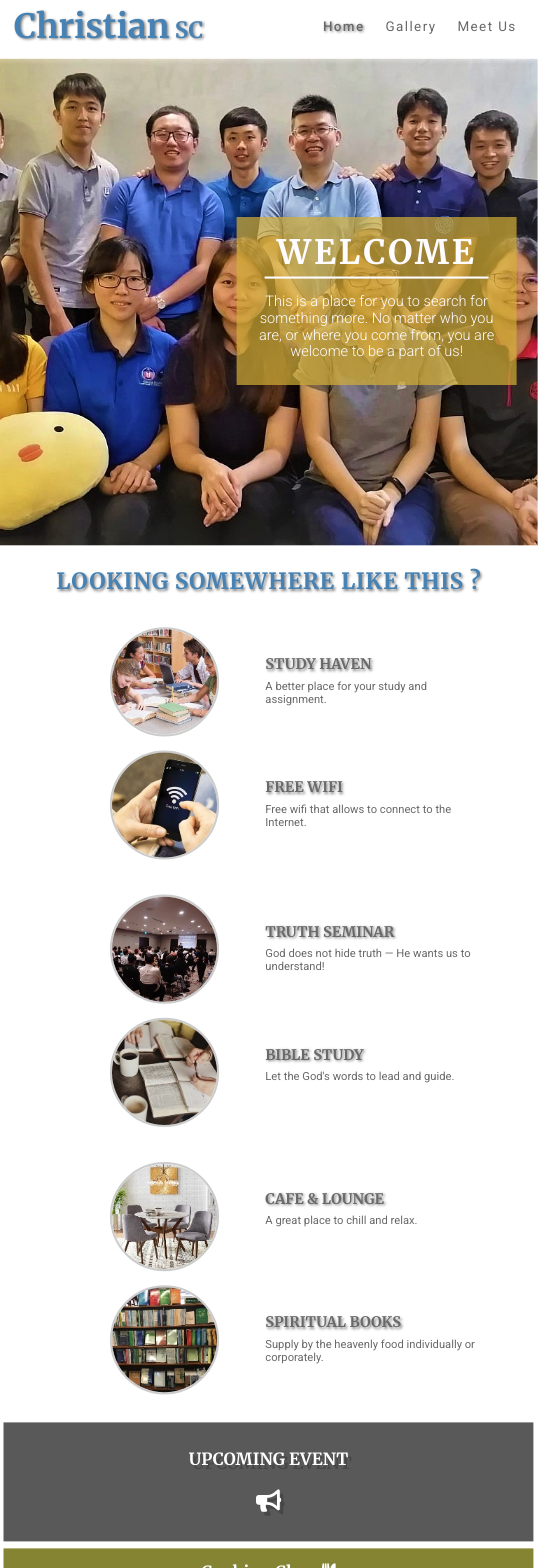
Repository: kongteckmee/christian-sc
Page: index.html
The author's editor kept a record of every edit. The page is drawn from the files as they stood at one moment, then again after the next edit.
The browser window is 768 px wide. The pictures show the part of the page from y = 0 to 2240 px (the page is 2968 px tall), at 70% of full size.
Some web libraries are served in a nearby version.

Above is the page before.

### index.html
<!DOCTYPE html>
<html lang="en">

<head>
    <meta charset="UTF-8">
    <meta name="viewport" content="width=device-width, initial-scale=1.0">
    <meta http-equiv="X-UA-Compatible" content="ie=edge">
    <link rel="stylesheet" href="https://use.fontawesome.com/releases/v5.1.1/css/all.css" integrity="sha384-O8whS3fhG2OnA5Kas0Y9l3cfpmYjapjI0E4theH4iuMD+pLhbf6JI0jIMfYcK3yZ" crossorigin="anonymous">
    <link rel="stylesheet" href="assets/css/style.css" type="text/css" />
    <title>Christian Student Center</title>
</head>

<body>
    <header>
        <a id="logo" href="index.html">
            <h2><span style="font-size: 150%">Christian</span> SC</h2>
        </a>
        <nav>
            <ul id="scmenu">
                <li>
                    <a href="meet.html">Meet Us</a>
                </li>
                <li>
                    <a href="gallery.html">Gallery</a>
                </li>
                <li>
                    <a class="scactive" href="index.html">Home</a>
                </li>
            </ul>
        </nav>
    </header>
    <section id="scmeetingrange">
        <div id="welcome-text">
            <h1>Welcome</h1>
            <hr>
            <h3>This is a place for you to search for something more. No matter who you are, or where you come from, you are welcome to be a part of us!</h3>
        </div>
    </section>
    <section id="about">
        <h1>Looking Somewhere Like This ?</h1>
        <div id="left">
            <div class="left-right-side">
                <h2>Study Haven</h2>
                <br>
                <p>A better place for your study and assignment.</p>
            </div>
            <div class="container">
                <div id="contain-study"></div>
            </div>
            <div class="left-right-side">
                <h2>Free Wifi</h2>
                <br>
                <p>Free wifi that allows to connect to the Internet.</p>
            </div>
            <div class="container">
                <div id="contain-wifi"></div>
            </div>
        </div>
        <div id="right">
            <div class="left-right-side">
                <h2>Truth Seminar</h2>
                <br>
                <p>God does not hide truth — He wants us to understand!</p>
            </div>
            <div class="container">
                <div id="contain-seminar"></div>
            </div>
            <div class="left-right-side">
                <h2>Bible Study</h2>
                <br>
                <p>Let the God's words to lead and guide.</p>
            </div>
            <div class="container">
                <div id="contain-bible"></div>
            </div>
        </div>
        <div id="center">
            <div class="middle">
                <h2>Cafe & Lounge</h2>
                <br>
                <p>A great place to chill and relax.</p>
            </div>
            <div class="container">
                <div id="contain-cafe"></div>
            </div>
            <div class="middle">
                <h2>Spiritual Books</h2>
                <br>
                <p>Supply by the heavenly food individually or corporately.</p>
            </div>
            <div class="container">
                <div id="contain-books"></div>
            </div>
        </div>
    </section>
    <section id="event">
        <div class="event-black">
            <h2>Upcoming Event</h2>
            <i class="fas fa-bullhorn"></i>
        </div>
        <div class="event-green">
            <h2>Cooking Class <i class="fas fa-utensils"></i></h2>
            <hr>
            <h3><i class="far fa-calendar-alt"></i> 7 December</h3>
            <h3><i class="far fa-clock"></i> 10:00</h3>
            <h3><i class="far fa-hourglass"></i> Saturday</h3>
        </div>
        <div class="event-grey">
            <h2>Truth Seminar <i class="fas fa-chalkboard-teacher"></i></h2>
            <hr>
            <h3><i class="far fa-calendar-alt"></i> 13 December</h3>
            <h3><i class="far fa-clock"></i> 20:00</h3>
            <h3><i class="far fa-hourglass"></i> Friday</h3>
        </div>
        <div class="event-green">
            <h2>Soft Skill <i class="fas fa-lightbulb"></i></h2>
            <hr>
            <h3><i class="far fa-calendar-alt"></i> 19 December</h3>
            <h3><i class="far fa-clock"></i> 16:30</h3>
            <h3><i class="far fa-hourglass"></i> Thursday</h3>
        </div>
        <div class="event-grey">
            <h2>Guitar Class <i class="fas fa-music"></i></h2>
            <hr>
            <h3><i class="far fa-calendar-alt"></i> 28 December</h3>
            <h3><i class="far fa-clock"></i> 14:00</h3>
            <h3><i class="far fa-hourglass"></i> Saturday</h3>
        </div>
    </section>
    <footer>
        <div id="footer-copyright">
            <p>Copyright © 2019 Christian Student Center. All Rights Reserved.</p>
        </div>
    </footer>
</body>

</html>

### assets/css/style.css
@import url('https://fonts.googleapis.com/css?family=Merriweather:500,600,700|Roboto:300,400,500');

* {
    margin: 0;
    padding: 0;
    border: 0;
}

body {
    font-family: 'Roboto', sans-serif;
    color: #696969; /*Grey color */
}

/* ------------------------------------------------------ Header */

header {
    line-height: 75px;
}

#logo {
    float: left;
    margin-left: 20px;
    text-decoration: none;
}

#logo h2 {
    font-family: 'Merriweather', serif;
    font-size: 200%;
    color: #4682b4; /* Steel Blue color */
    text-shadow: 2px 2px 4px #808080;
}

#scmenu {
    font-size: 120%;
    list-style-type: none;
    letter-spacing: 2px;
}

#scmenu li {
    float: right;
    margin-right: 30px;
}

#scmenu a {
    text-decoration: none;
    color: inherit;
}

#scmenu a:hover {
    color: #4682b4; /* Steel Blue color */
    font-weight: 500;
    text-shadow: 2px 2px 4px #808080;
}

.scactive {
    font-weight: 500;
    text-shadow: 2px 2px 4px #808080;
}

/* ------------------------------------------------------ Home-Section: Welcome */

#scmeetingrange {
    height: 700px;
    width: 100%;
    background: url("../img/home/meeting-t.jpg") no-repeat center center;
    overflow: hidden;
}

#welcome-text {
    width: 400px;
    height: 220px;
    padding-top:20px;
    bottom: 15px; /* Fixed the welcome text box-bottom */
    right: 15px; /* Fixed the welcome text box-right */
    background-color: rgba(212,175,55,.7);
    color: #fefcff; /* Milky white */
    position: absolute;
    text-align: center;
}

#welcome-text h1 {
    margin-bottom: 5px;
    font-size: 300%;
    font-family: 'Merriweather', serif;
    text-transform: uppercase;
    letter-spacing: 4px;
}

hr {
    width: 80%;
    height: 3px;
    margin-left: auto;
    margin-right: auto;
    background-color:#fefcff; /* Milky white */
}

#welcome-text h3 {
    margin: 20px;
    font-size: 130%;
    font-weight: 300;
}

/* ------------------------------------------------------ Home-Section: About */

#about {
    height: 500px;
}

#about h1, #about h2 {
    font-family: 'Merriweather', serif;
    text-transform: uppercase;
    text-shadow: 2px 2px 4px #808080;
}

#about h1 {
    margin-top: 30px;
    margin-bottom: 30px;
    color: #4682b4; /* Steel Blue color */
    text-align: center;
    font-size: 200%;
    letter-spacing: 1px;
}

#about h2 {
    font-size: 130%;
}

#left, #right {
    margin-right: 30px;
    padding-top: 30px;
    width: 30%;
}

#left {
    float: left;
}

#right {
    float: right;
}

#center {
    padding-top: 30px;
    width: 33%;
    margin: 0 auto; /* center the div */
}

br {
    display: block;
    content: "";
    margin: 2em;
    font-size: 24%; /* spacing */
}

.left-right-side, .middle {
    width: 50%;
    float: right;
    padding-top: 40px;
}

.left-right-side {
    clear: both;
    margin-left: 20px;
    margin-bottom: 50px;
}

.middle {
    margin-right: 20px;
}

.container {
    width: 150px;
    height: 150px;
    border: 3px solid #cccccc;
    border-radius: 50%;
    margin-left: 20px;
    margin-bottom: 20px;
}

#contain-study {
    background: url("../img/home/study-group.jpg") no-repeat center center;
    height: 100%;
    border-radius: 50%;
}

#contain-wifi {
    background: url("../img/home/free-wifi.jpg") no-repeat center center;
    height: 100%;
    border-radius: 50%;
}

#contain-seminar {
    background: url("../img/home/truth-seminar.jpg") no-repeat center center;
    height: 100%;
    border-radius: 50%;
}

#contain-bible {
    background: url("../img/home/bible-study.jpg") no-repeat center center;
    height: 100%;
    border-radius: 50%;
}

#contain-cafe {
    background: url("../img/home/cafe.jpg") no-repeat center center;
    height: 100%;
    border-radius: 50%;
}

#contain-books {
    background: url("../img/home/spiritual-book.jpg") no-repeat center center;
    height: 100%;
    border-radius: 50%;
}

/* ------------------------------------------------------ Home-Section: Event */

#event {
    height: 250px;
}

#event div {
    color: #ffebcd;
    width: 19.2%;
    height: 90%;
    float: left;
    padding-top: 30px;
    text-align: center;
    margin: 5px;
}

#event h2 {
    color: #ffffff;
    font-family: 'Merriweather', serif;
    margin-bottom: 20px;
}

#event h3 {
    margin-top: 20px;
    font-weight: 400;
}

.event-black {
    background-color: rgba(48,48,48,.8);
    text-shadow: 5px 5px 0px rgba(0,0,0,0.2);
}

.event-black h2 {
    padding: 30px;
    text-transform: uppercase;
}

.event-black i {
    color: #ffffff;
    font-size: 200%;
}

.event-grey {
    background-color: rgba(105,105,105,.8);
}

.event-green {
    background-color: rgba(102,102,0,.8);
}

/* ------------------------------------------------------ Footer */

footer {
    /*margin-top: 5px;*/
    border-top: 1px solid #fff;
    height: 40px;
    width: 100%;
    background-color: #333333;
    clear: both;
}

footer #footer-copyright {
    color: #fff;
    line-height: 35px;
    font-size: 80%;
    text-align: center;
}

/* ------------------------------------------------------ Gallery */

#scgallery {
    width: 100%;
    clear: both;
    background-color: #e6e2d3;
}

#gallery-text h1, #photo-text h1 {
    margin-bottom: 30px;
    padding-top: 50px;
    font-family: 'Merriweather', serif;
    font-size: 250%;
    text-align: center;
    text-shadow: 2px 2px 4px #808080;
    letter-spacing: 10px;
}

#gallery-text hr, #photo-text hr {
    width: 10%;
    height: 2px;
    margin-bottom: 40px;
    background-color: #808080;
}

#photo-text h3 {
    margin-bottom: 10px;
    font-size: 130%;
    font-weight: 300;
    text-align: center;
}

#video iframe {
    margin: 0 auto;
    display: block;
}

#photo {
    margin-top: 50px;
}

#photo img {
    width: 49%;
    margin-left: 4px;
}

/* ------------------------------------------------------ Meet Us: Location */

#meet {
    height: 650px;
    width: 100%;
    clear: both;
    background: url("../img/meet/desa.jpg") no-repeat center center;
}

#location {
    width: 20%;
    margin: 80px 0 0 150px;
    padding: 30px 30px 30px 30px;
    float: left;
    background-color: rgba(245,245,220,0.6);
    border-radius: 10px;
    color: #000;
    text-align: center;
}

#location h2 {
    font-family: 'Merriweather', serif;
    text-transform: none;
    text-shadow: 2px 2px 4px #808080;
    margin-bottom: 10px;
}

#open {
    padding-top: 30px;
}

#day{
    float: left;
    text-align: right;
    color: #4682b4;
    text-shadow: 2px 2px 4px #fff;
}

#time {
    float: right;
    margin-top: 5px;
    font-weight: 500;
    text-align: left;
    color: #404040;
}

#address, #phone, #follow {
    margin-top: 20px;
}

#address, #follow, #social li {
    clear: both;
    display: inline-block;
}

#contact p, #address p, #phone p {
    font-weight: 500;
    color: #404040;
}

#social i {
    font-size: 30px;
    margin-right: 5px;
    color: #404040;
}

#social i:hover {
    color: #4682b4;
}

/* ------------------------------------------------------ Meet Us: Form */

#form {
    width: 40%;
    margin: 140px 100px 0 0;
    padding: 20px 35px 20px 35px;
    float: right;
    background-color: rgba(60,60,60,0.6);
    border-radius: 10px;
    color: #fafafa;
}

#form p {
    margin-bottom: 20px;
    text-align: center;
}

textarea {
    resize: none;
}

.place-input {
    background-color: rgba(245,245,220,0.6);
    width: 100%;
    height: 25px;
    margin: 2px 0 5px 0;
    border: 3px solid #fafafa;
    border-radius: 5px;
    font-family: 'Roboto', sans-serif;
    font-size: 15px;
}

.place-input:hover {
    border-color: #4682b4;
}

button {
    background-color: #4682b4;
    margin-top: 10px;
    padding: 10px 30px 10px 30px;
    border-radius: 5px;
    color: #fafafa;
    font-size: 100%;
    text-align: center;
    display: block;
    float: right;
}

button:hover {
    background-color: #fafafa;
    color: #4682b4;
}

/* ------------------------------------------------------ Media Queries */

@media (min-width: 768px) and (max-width: 991px) {
    #welcome-text {
        bottom: 250px;
        right: 30px;
    }

    #about {
        width: 80%;
        height: 1200px;
        margin: 0 auto;
    }

    #left, #center, #right {
        width: 100%;
        padding: 15px;
        float: left;
    }

    .left-right-side, .middle {
        width: 50%;
        margin-right: 20px;
    }

    .container {
        margin-left: 65px;
    }

    #event div {
        width: 96%;
        height: 150px;
        padding: 10px;
        clear: both;
    }

    .event-black h2, .event-black h3 {
        line-height: 0;
        margin: 5px;
    }

    .event-black h2 {
        padding: 35px;
    }

    #event h2, #event h3 {
        margin: 8px;
    }

    #video iframe {
        width: 90%;
        height: 500px;
    }

    #photo-text h3 {
        margin: 30px;
    }

    #meet {
        height: 902px;
        background: url("../img/meet/desa_tab.jpg") no-repeat center center;
    }

    #location {
        width: 33%;
        margin: 175px 0 0 20px;
        padding: 30px 20px 30px 20px;
    }

    #form {
        width: 45%;
        margin: 220px 20px 0 10px;
    }

}

@media (min-width: 360px) and (max-width: 767px) {
    #welcome-text {
        bottom: -100px;
        left: 0;
    }

    #scmenu {
        clear: left;
        float: left;
        margin-left: 20px;
        margin-bottom: 20px;
        line-height: 25px;
    }

    #about h1 {
        width: 90%;
        text-align: center;
        margin-left: 30px;
    }

    #left, #center, #right {
        width: 100%;
        padding: 15px;
        float: left;
    }

    .left-right-side, .middle {
        width: 50%;
        margin-right: 20px;
    }

    .container {
        margin-left: 20px;
    }

    #event div {
        width: 100%;
        height: 150px;
        padding: 10px;
        clear: both;
    }

    .event-black h2, .event-black h3 {
        line-height: 0;
        margin: 5px;
    }

    .event-black h2 {
        padding: 35px;
    }

    #event h2, #event h3 {
        margin: 8px;
    }

    #video iframe {
        width: 100%;
        height: 400px;
    }

    #photo-text h3 {
        margin: 20px;
    }

    #photo img {
        width: 100%;
        margin: 0;
    }

    #meet {
        height: 1200px;
        background: none;
        background-color: #808080;
    }

    #location {
        width: 50%;
        margin: 65px 90px 0 90px;
    }

    #form {
        width: 50%;
        margin: 50px 80px 10px 80px;
        padding: 20px 35px 20px 35px;
    }
}

After the next edit:
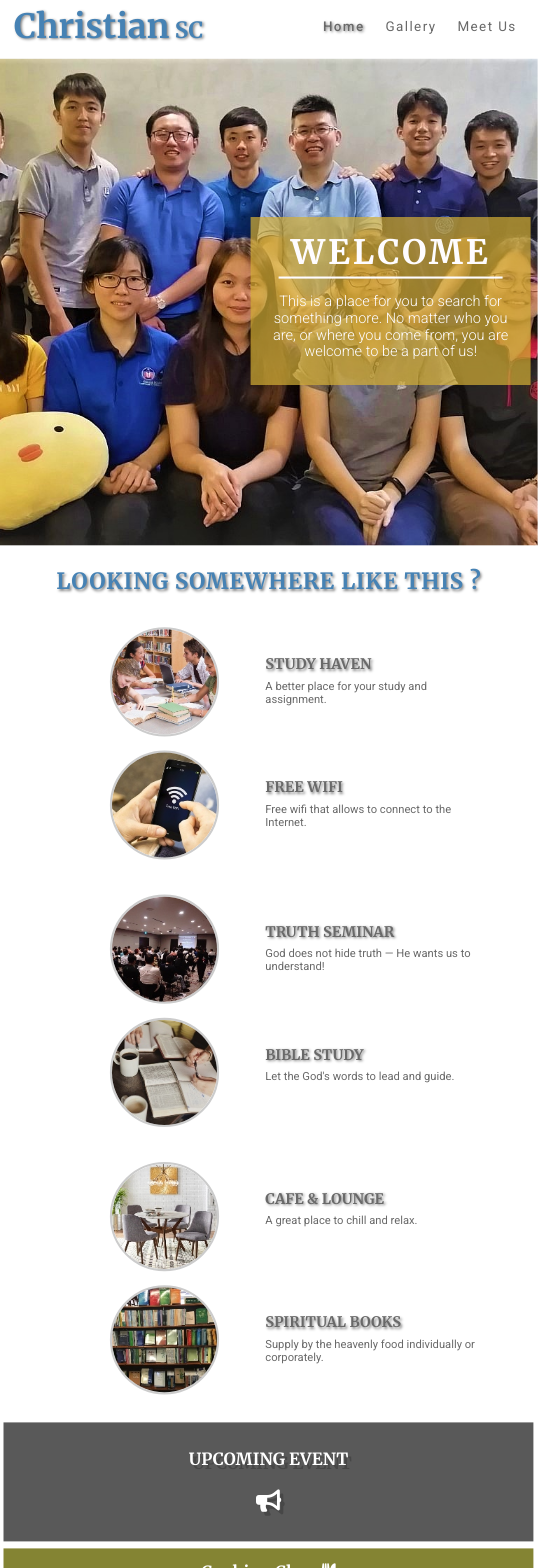
The edit:
--- a/assets/css/style.css
+++ b/assets/css/style.css
@@ -455,7 +455,7 @@
 @media (min-width: 768px) and (max-width: 991px) {
     #welcome-text {
         bottom: 250px;
-        right: 30px;
+        right: 10px;
     }
 
     #about {
